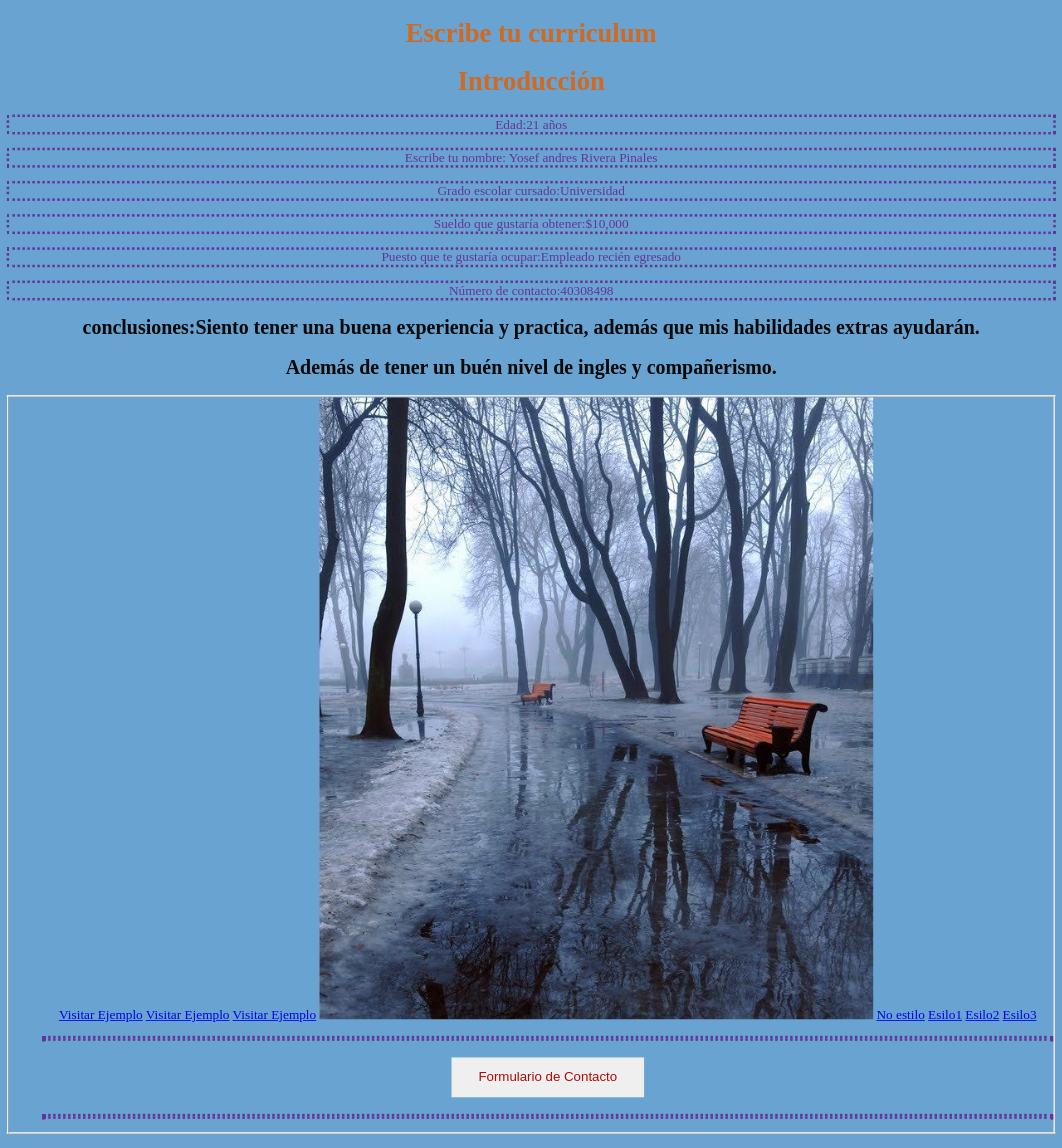
Repository: UVMCoyoacan/VEFY
Page: index_Yosef.html
These files come from the project's save history. The page is drawn as it stood at one moment and after the next save; the edit follows.
The browser window is 1280 px wide. The pictures show the whole page, at 83% of full size.

Above is the page before, as saved 2024-02-28 21:29:21.

### index_Yosef.html
<!DOCTYPE html>
<html>
    <head>

        <title>Curriculum</title>
        <link rel="stylesheet" href="estilo1.css"/>
        <meta charset="utf-8" />



    </head>
    <body>
        <h1>Escribe tu curriculum</h1>

        <h1 onlick="fondosParrafos()">Introducción</h1>
        <p>Edad:21 años</p>
        <p>Escribe tu nombre: Yosef andres Rivera Pinales</p>
        <p>Grado escolar cursado:Universidad</p>
        <p>Sueldo que gustaría obtener:$10,000</p>
        <p>Puesto que te gustaría ocupar:Empleado recién egresado</p>
        <p>Número de contacto:40308498</p>
        <h2>conclusiones:Siento tener una buena experiencia y practica, además que mis habilidades extras ayudarán.</h2>
        <h2>Además de tener un buén nivel de ingles y compañerismo.</h2>
        <ul>
        <a href="file:///Users/yosefrivera/Documents/Visual/index.html">Visitar Ejemplo</a>
       <a href="file:///Users/yosefrivera/Documents/Visual/index.html">Visitar Ejemplo</a>
       <a href="file:///Users/yosefrivera/Documents/Visual/index.html">Visitar Ejemplo</a>
       <img src="descarga.jpg" />
       <a onclick="NoEstilos()" href="#">No estilo</a>
       <a onclick="ActivaEstilo()" href="#">Esilo1</a>
       <a onclick="ActivaEstilo()" href="#">Esilo2</a>
       <a onclick="ActivaEstilo()" href="#">Esilo3</a>

       <p>
        <div>
            <button onclick="redirigirFormCV()"> Formulario de Contacto  </button>

           </div>
       </p>
</body>
    </ul>

       <script src="cod.js">

       </script>




    </body>
</html>

### estilo1.css
h1{
    color: chocolate;
    text-align: center;
    border-style: mix;
}
p{
    text-align: center;
    color:rebeccapurple;
    border-style: dotted;
}

ol{
    text-align: center;
    color:rgb(1, 1, 1);
    border-style: groove;

}

ul{
    text-align: center;
    color: rgb(0, 0, 0);
    border-style: ridge;
}

h2{
    color: rgb(9, 9, 9) ;
    text-align: center;
    border-style: mix;
}

a{
    text-align: center;
}

body{
    background-color: rgb(104, 163, 209);
}

footer{
    color:beige;
    background-color: blueviolet;
}
button {
    border: none;
    color: rgb(175, 10, 10);
    padding: 15px 32px;
    text-align: center;
    text-decoration: none;
    display: inline-block;
    font-size: 16px;
    margin: 4px 2px;
    cursor: pointer;
  }
  p{
    text-align: center;
  }

### cod.js
function saludo(){
    alert("Hola JS");
}

function numeracion(tope){
for(i=0; i<5; i++){
    alert(i);
}
}

function fondo(){
alert("click");
parrafos=document.getElementsByTagName("p");
parrafos[0].innerHTML="remplazado";
parrafos[1].style="color:red"
lista=document.getElementsByClassName("verde");
lista[0].style="text-align:center; color:blue";
document.getElementById("raro").innerHTML="contenido actual";

}

function NoEstilos(){
    nest=document.styleSheets.length;
    for(i=0;i<nest;i++){
        document.styleSheets[i].disabled=true;
    }


}

function ActivaEstilo(n){
    NoEstilos();
    document.styleSheets[n].disabled=false;

}

function redirigirYos() {
    window.location.href = "./index_Yosef.html";
}

function redirigirVik() {
    window.location.href = './INDEXVIC.html';
}

function redirigirFer() {
    window.location.href = './INDEX_FER.html';
}

function redirigirEu() {
    window.location.href = './Pagina web presentacion Eugen/indexEugen.html';

}
function redirigirForm() {
    window.location.href = './enviadatos.html';

}

After the next save:
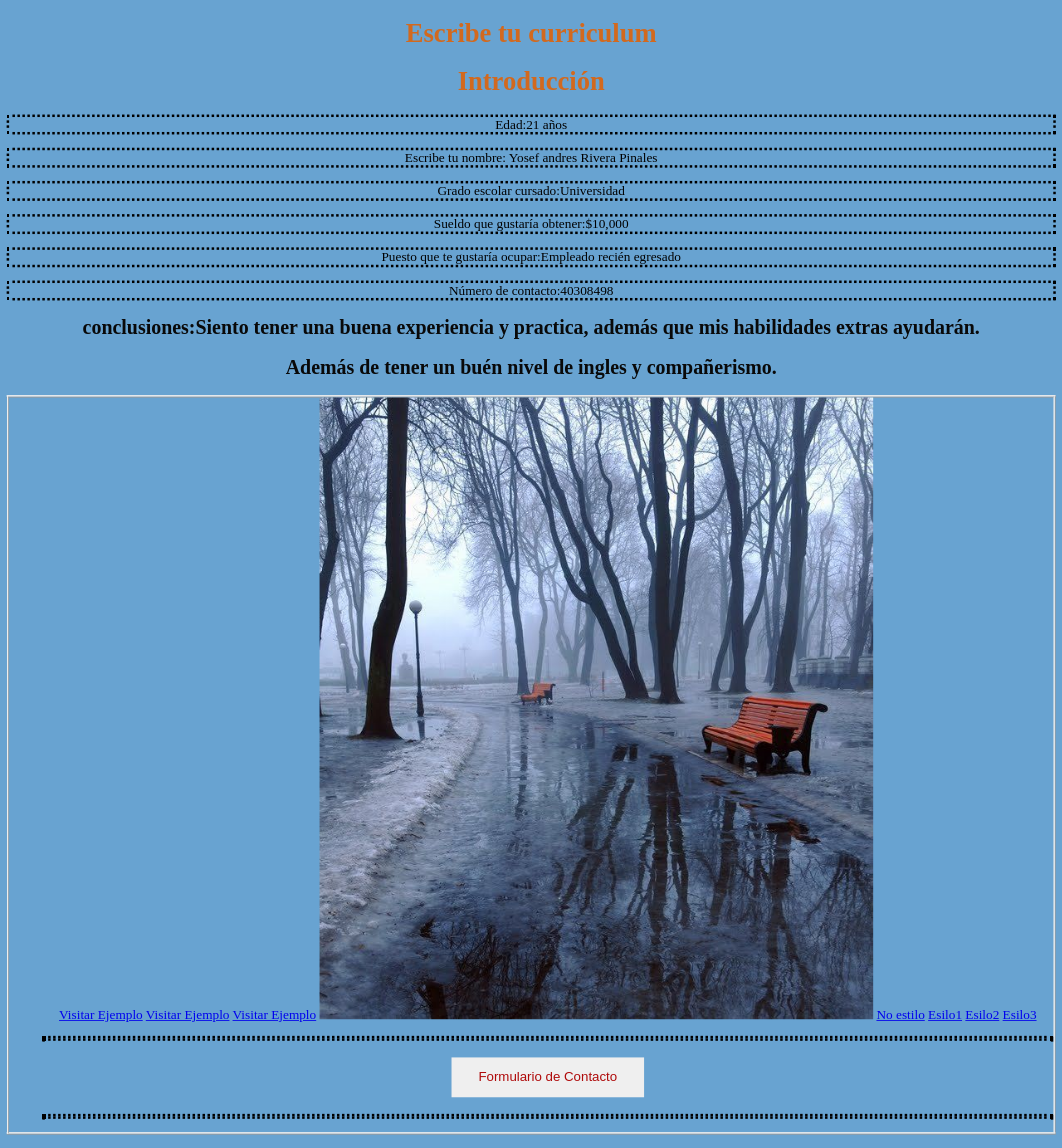
Saved 44 s later.
--- a/estilo1.css
+++ b/estilo1.css
@@ -5,7 +5,7 @@ h1{
 }
 p{
     text-align: center;
-    color:rebeccapurple;
+    color:rgb(0, 0, 0);
     border-style: dotted;
 }
 
